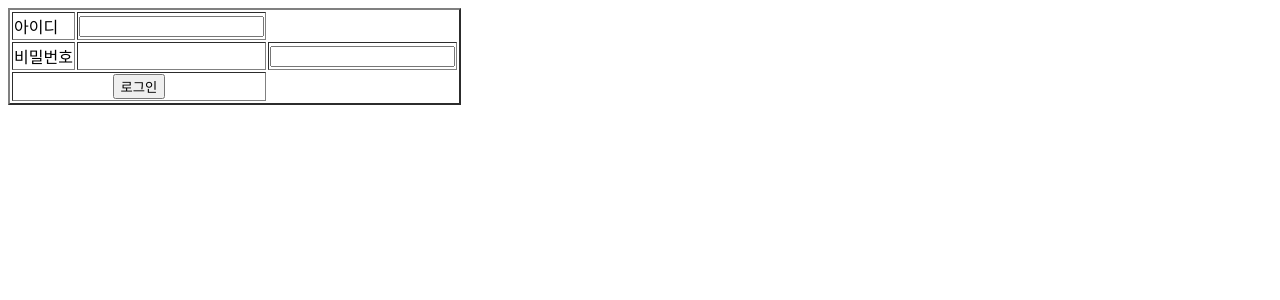
Repository: Jipumpkin/WebServer
Page: JSP2/src/main/webapp/loginForm.html
These files come from the project's save history. The page is drawn as it stood at one moment and after the next save; the edit follows.
The browser window is 1280 px wide. The pictures show the whole page.

Above is the page before, as saved 2024-08-07 02:56:45.

### JSP2/src/main/webapp/loginForm.html
<!DOCTYPE html>
<html>
<head>
<meta charset="EUC-KR">
<title>Insert title here</title>
</head>
	<style>
.sub {
    text-align: center;
}

	</style>

<body>


	<form action="result.jsp" method="post">
	<table border="2px solid">
		<tr>
			<td>아이디</td>
			<td>
				<input type="text" name="id">
			</td>
		</tr>
		<tr>
			<td>비밀번호</td>
			<td>
				<td><input type="text" name="pw"></td>
			</td>
		</tr>
		<tr class="sub">
			<td colspan="2"><input type="submit" value="로그인"> </td>
		</tr>

	</table>
	</form>

</body>
</html>

After the next save:
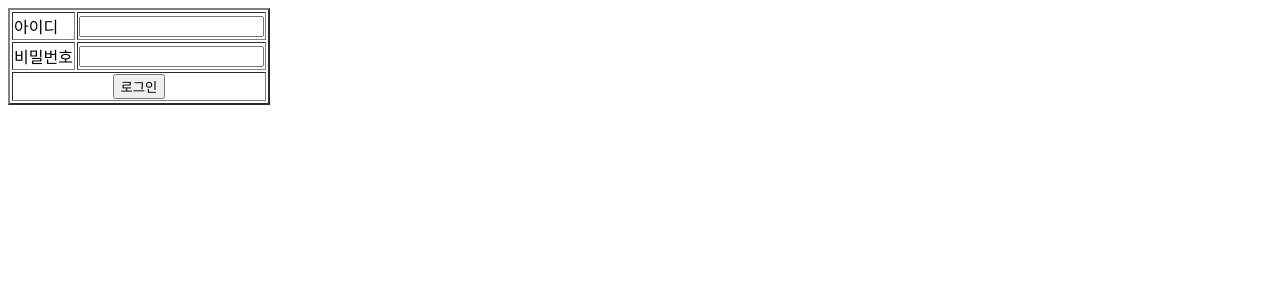
Saved 45 s later.
--- a/JSP2/src/main/webapp/loginForm.html
+++ b/JSP2/src/main/webapp/loginForm.html
@@ -25,7 +25,7 @@
 		<tr>
 			<td>비밀번호</td>
 			<td>
-				<td><input type="text" name="pw"></td>
+				<input type="text" name="pw">
 			</td>
 		</tr>
 		<tr class="sub">
